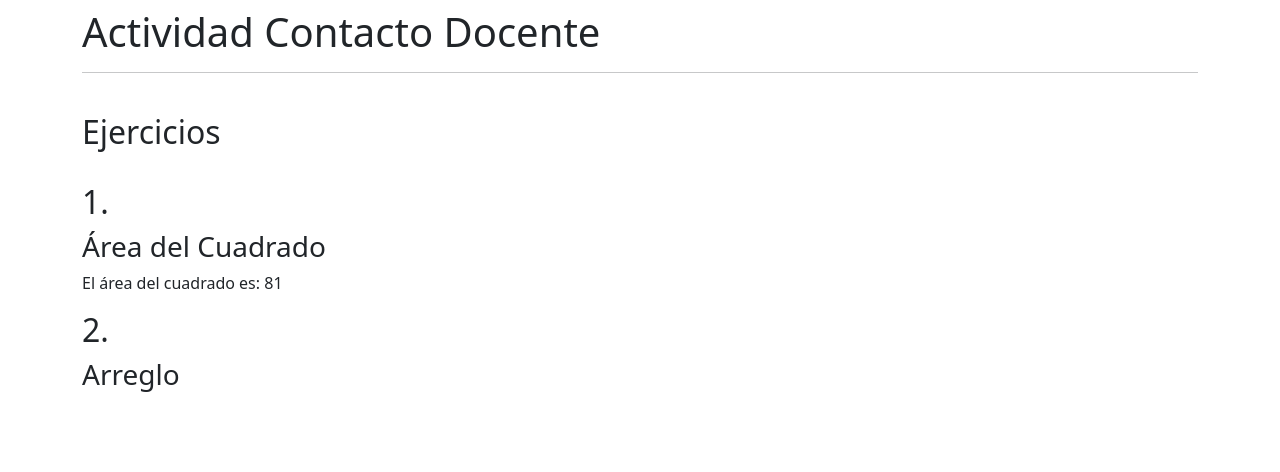
Repository: Jchimbo99/Actvidad1
Page: / (app in typescript-actividad/)
An editor plug-in stored every save of this project. The page is shown before and after a run of saves, followed by the edit.
The browser window is 1280 px wide. The pictures show the whole page.
The project was rebuilt for these pictures with package versions that can differ from the ones it lists, and the page was loaded fresh each time. Also part of the build but not shown: typescript-actividad/vite.config.ts.

Above is the page before, as saved 2025-01-22 20:36:29.

After the next 4 saves:
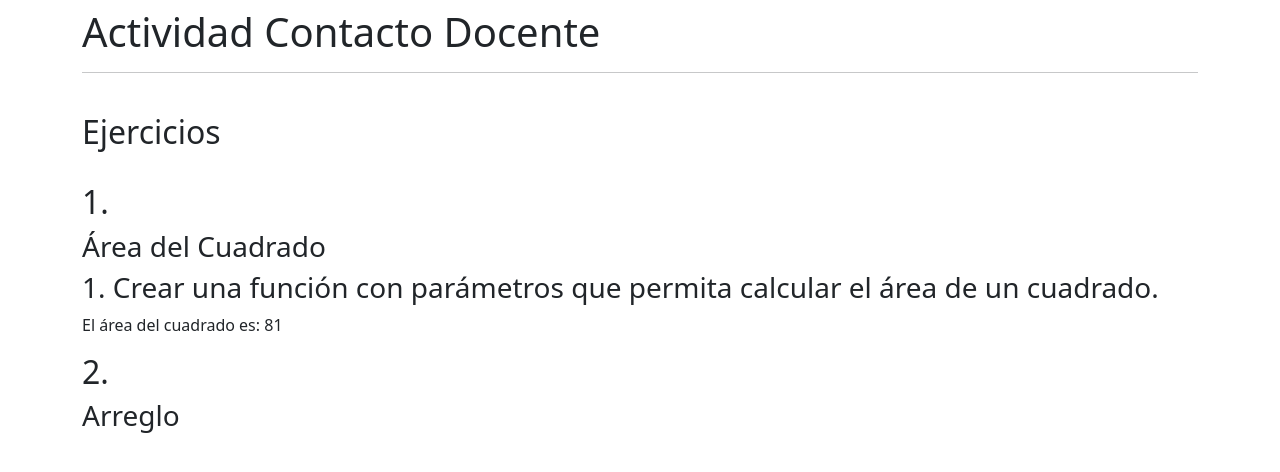
The 4 saves are shown as one change because they came seconds apart.
The last was saved 22 s later.
--- a/typescript-actividad/src/typescript/AreaCuadrado.tsx
+++ b/typescript-actividad/src/typescript/AreaCuadrado.tsx
@@ -5,6 +5,7 @@ export const AreaCuadrado = () => {
     return (
         <div>
             <h3>Área del Cuadrado</h3>
+            <h3>1.	Crear una función con parámetros que permita calcular el área de un cuadrado.</h3>
             <p>El área del cuadrado es: {area}</p>
         </div>
     );
